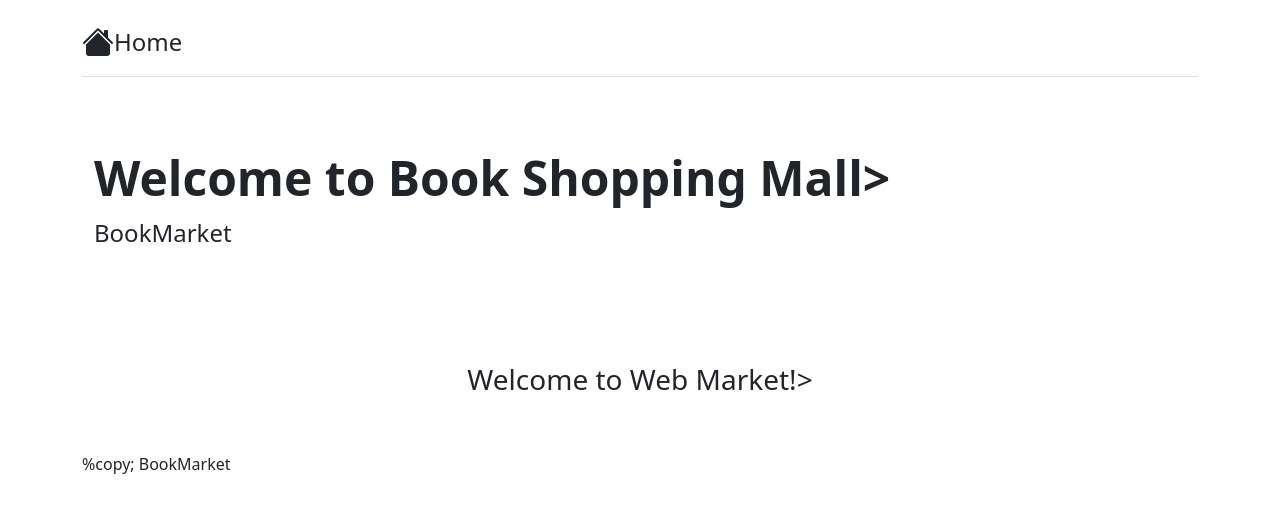
Repository: sanghyunlee7680/JSP-practice
Page: http://localhost/bookmarket/
The author's editor kept a copy of each file at every save. The page is drawn from the files as they stood at one save, then again after the next save.
The browser window is 1280 px wide. The pictures show the whole page.
The page is served by Tomcat 10.

Above is the page before, as saved 2024-10-08 02:32:38.

After the next save:
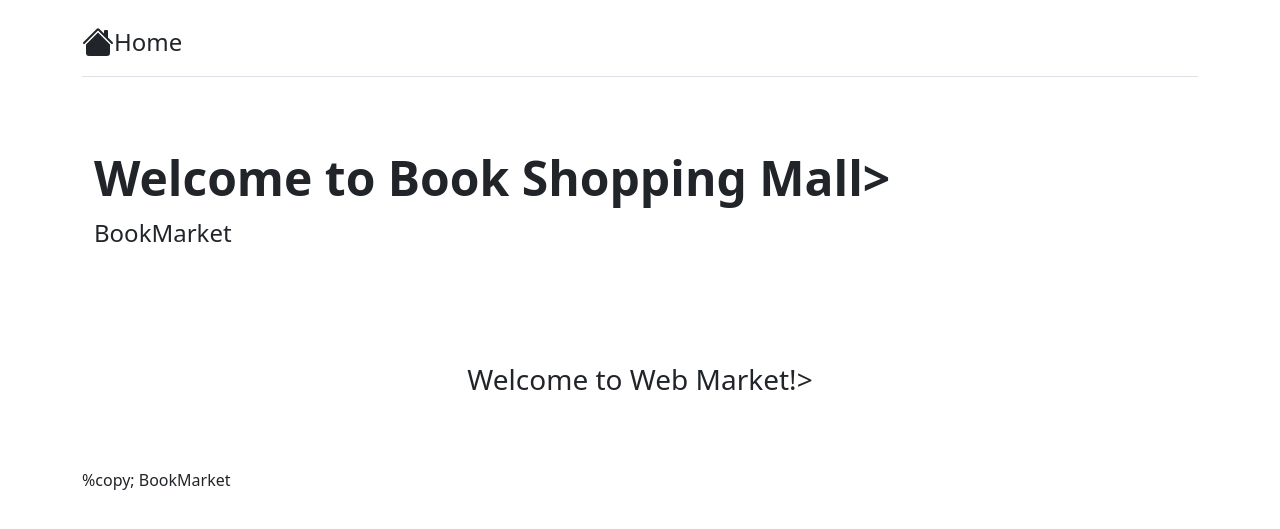
Saved 21 s later.
--- a/bookmarket/src/main/webapp/welcome.jsp
+++ b/bookmarket/src/main/webapp/welcome.jsp
@@ -33,7 +33,7 @@
 				</div>
 			</div>
 		</div>
-		<footer>
+		<footer class="pt-3">
 			%copy; BookMarket
 		</footer>
 	</div>
